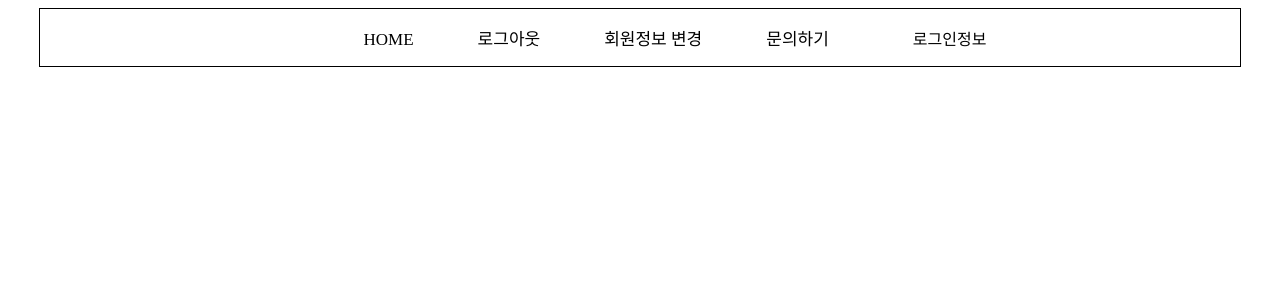
Repository: ceooyh/JSP
Page: http://localhost/memberProject/template/header2.jsp
These files come from the project's save history. The page is drawn as it stood at one moment and after the next save; the edit follows.
The browser window is 1280 px wide. The pictures show the whole page.
The page is served by Tomcat 9.

Above is the page before, as saved 2020-12-30 07:50:09.

After the next save:
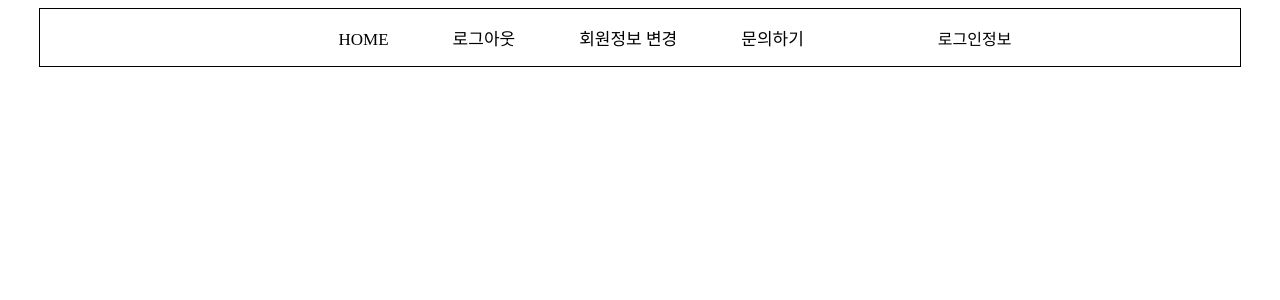
Saved 6 s later.
--- a/memberProject/WebContent/template/header2.jsp
+++ b/memberProject/WebContent/template/header2.jsp
@@ -23,7 +23,7 @@
 		padding: 20px 30px;
 	}
 	ul>li:last-child {
-		padding-left: 50px;
+		padding-left: 100px;
 	}
 </style>
 <nav id="menu_bar">
